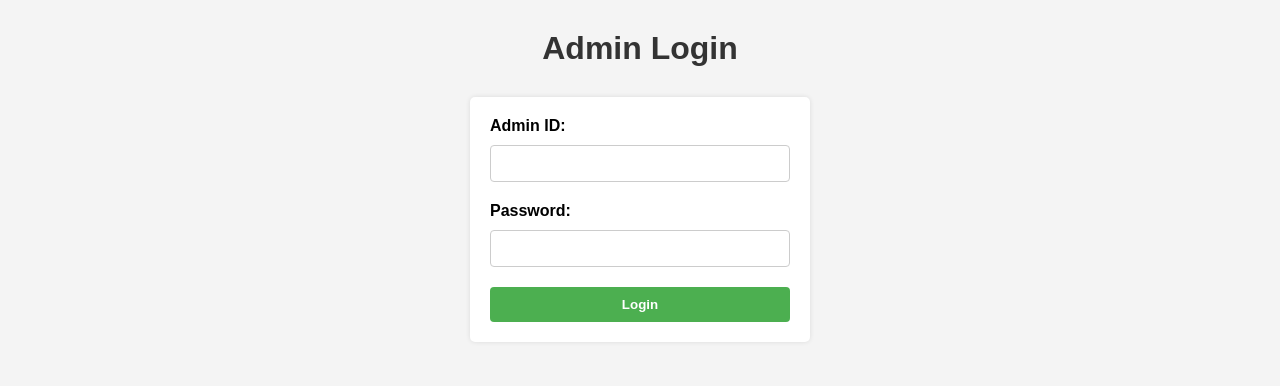
Repository: i-kemen/jsp
Page: WebTest/src/main/webapp/adminLogin.html
These files come from the project's save history. The page is drawn as it stood at one moment and after the next save; the edit follows.
The browser window is 1280 px wide. The pictures show the whole page.

Above is the page before, as saved 2023-06-26 09:24:39.

After the next save:
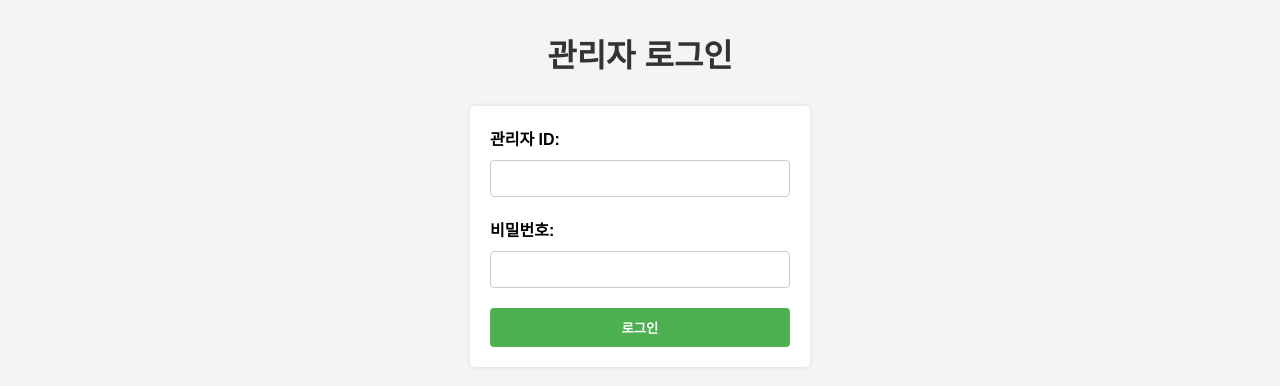
Saved 2 min 44 s later.
--- a/WebTest/src/main/webapp/adminLogin.html
+++ b/WebTest/src/main/webapp/adminLogin.html
@@ -57,15 +57,15 @@
     </style>
 </head>
 <body>
-    <h1>Admin Login</h1>
+    <h1>관리자 로그인</h1>
     <form method="post" action="AdminLoginOk">
-        <label for="adminId">Admin ID:</label>
+        <label for="adminId">관리자 ID:</label>
         <input type="text" id="adminId" name="adminId" required><br/>
 
-        <label for="adminPassword">Password:</label>
+        <label for="adminPassword">비밀번호:</label>
         <input type="password" id="adminPassword" name="adminPassword" required><br/>
 
-        <input type="submit" value="Login">
+        <input type="submit" value="로그인">
     </form>
 </body>
 </html>
